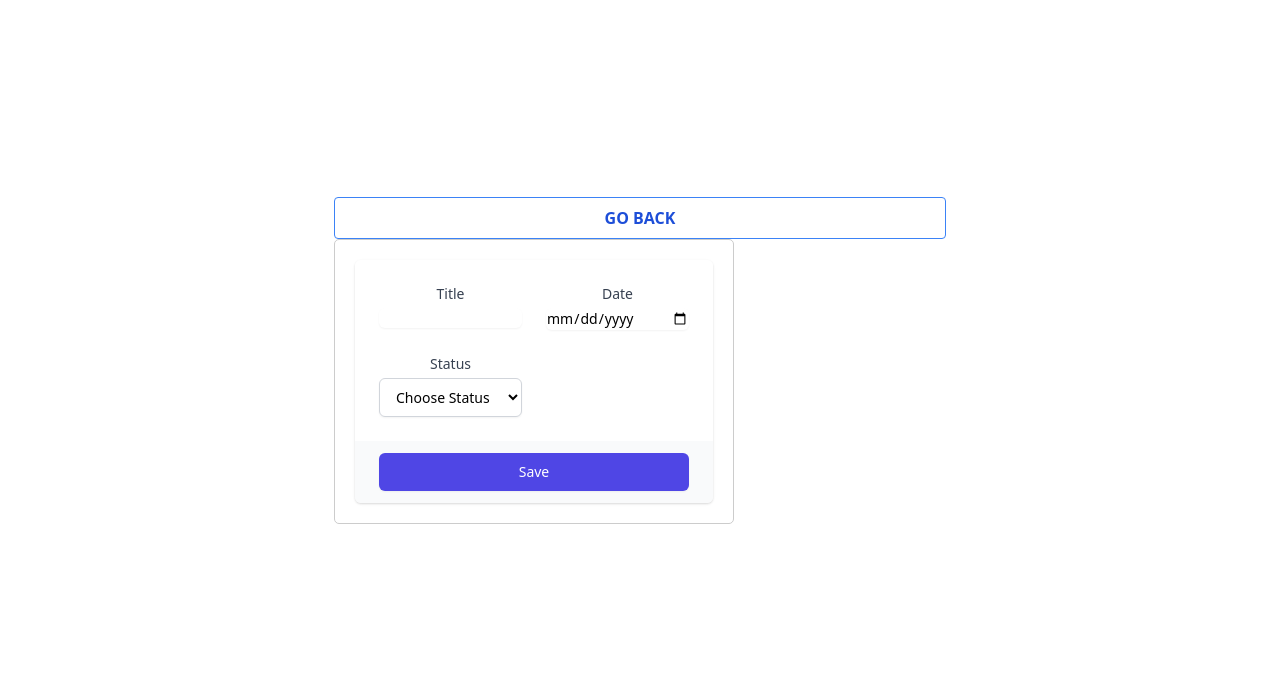
Repository: maikeru-desu/parking-lot
Page: /add (app in parking-lot-fe/)
The author's editor kept a copy of each file at every save. The page is drawn from the files as they stood at one save, then again after a run of saves.
The browser window is 1280 px wide. The pictures show the whole page.
The project was rebuilt for these pictures with package versions that can differ from the ones it lists, and the page was loaded fresh each time. Also part of the build but not shown: parking-lot-fe/craco.config.js, parking-lot-fe/src/pages/Home.js, parking-lot-fe/src/pages/Edit.js.

Above is the page before, as saved 2021-10-14 06:55:08.

### parking-lot-fe/src/index.js
import React from 'react';
import ReactDOM from 'react-dom';
import './index.css';
import App from './App';
import {Provider} from "react-redux";
import {BrowserRouter} from "react-router-dom";
import reportWebVitals from './reportWebVitals';
import store from './redux/store';

ReactDOM.render(
    <React.StrictMode>
        <BrowserRouter>
            <Provider store={store}>
                <App />
            </Provider>
        </BrowserRouter>
    </React.StrictMode>,
    document.getElementById('root')
);

// If you want to start measuring performance in your app, pass a function
// to log results (for example: reportWebVitals(console.log))
// or send to an analytics endpoint. Learn more: https://bit.ly/CRA-vitals
reportWebVitals();

### parking-lot-fe/src/App.js
import logo from './logo.svg';
import './App.css';
import {Switch, Route} from "react-router-dom";
import Home from './pages/Home';
import Add from './pages/Add';
import Edit from './pages/Edit';

function App() {
  return (
    <div className="App">
        <Switch>
            <Route exact path="/" component={Home} />
            <Route exact path="/add" component={Add} />
            <Route exact path="/edit/:id" component={Edit} />
        </Switch>
    </div>
  );
}

export default App;

### parking-lot-fe/src/redux/store.js
import {createStore, applyMiddleware} from "redux";
import logger from "redux-logger";
import reduxThunk from "redux-thunk";
import rootReducer from "./root-reducer";

const middlewares = [reduxThunk];

if (process.env.NODE_ENV === "development") {
    middlewares.push(logger)
}

const store = createStore(rootReducer, applyMiddleware(...middlewares));

export default store;

### parking-lot-fe/src/pages/Add.js
import React, {useState} from 'react'
import { useHistory } from 'react-router-dom';
import { useDispatch } from 'react-redux';
import { addEvent } from '../redux/actions';
import '../form.css';

const Add = () => {
    const [state, setState] = useState({
        title: "",
        date: "",
        status: ""
    });

    const [error, setError] = useState("");

    let history = useHistory();
    let dispatch = useDispatch();
    const {title, date, status} = state;

    const handleChange = (e) => {
        let {name, value} = e.target;
        console.log(value);
        setState({...state, [name]: value});
    }

    const handleSubmit = (e) => {
        e.preventDefault();
        console.log(state);
        if (!title || !date || !status) {
            setError("All fields are required");
        } else {
            dispatch(addEvent(state));
            history.push('/');
            setError("");
        }
    }
    return (
        <div>
            <button onClick={ () => history.push("/") } className="bg-transparent hover:bg-blue-500 text-blue-700 font-semibold hover:text-white py-2 px-4 border border-blue-500 hover:border-transparent rounded">
                GO BACK
            </button>
            {error && <h3 className="text-red-700">{error}</h3>}
            <div className="mt-10 sm:mt-0">
                <div className="md:grid md:grid-cols-3 md:gap-6">
                    <div className="mt-5 md:mt-0 md:col-span-2">
                        <form method="POST" onSubmit={handleSubmit}>
                            <div className="shadow overflow-hidden sm:rounded-md">
                                <div className="px-4 py-5 bg-white sm:p-6">
                                    <div className="grid grid-cols-6 gap-6">
                                        <div className="col-span-6 sm:col-span-3">
                                            <label htmlFor="first-name" className="block text-sm font-medium text-gray-700">
                                                Title
                                            </label>
                                            <input
                                                name="title"
                                                id="title"
                                                value={title}
                                                type={title}
                                                onChange={handleChange}
                                                className="mt-1 focus:ring-indigo-500 focus:border-indigo-500 block w-full shadow-sm sm:text-sm border-gray-300 rounded-md"
                                            />
                                        </div>
                                        <div className="col-span-6 sm:col-span-3">
                                            <label htmlFor="last-name" className="block text-sm font-medium text-gray-700">
                                                Date
                                            </label>
                                            <input
                                                type="date"
                                                name="date"
                                                id="date"
                                                value={date}
                                                onChange={handleChange}
                                                className="mt-1 focus:ring-indigo-500 focus:border-indigo-500 block w-full shadow-sm sm:text-sm border-gray-300 rounded-md"
                                            />
                                        </div>
                                        <div className="col-span-6 sm:col-span-3">
                                            <label htmlFor="country" className="block text-sm font-medium text-gray-700">
                                                Status
                                            </label>
                                            <select
                                                id="status"
                                                name="status"
                                                value={status}
                                                onChange={handleChange}
                                                className="mt-1 block w-full py-2 px-3 border border-gray-300 bg-white rounded-md shadow-sm focus:outline-none focus:ring-indigo-500 focus:border-indigo-500 sm:text-sm"
                                            >
                                                <option>Choose Status</option>
                                                <option value="0">Pending</option>
                                                <option value="2">Ongoing</option>
                                                <option value="1">Done</option>
                                            </select>
                                        </div>
                                    </div>
                                </div>
                                <div className="px-4 py-3 bg-gray-50 text-right sm:px-6">
                                    <button
                                        type="submit"
                                        className="inline-flex justify-center py-2 px-4 border border-transparent shadow-sm text-sm font-medium rounded-md text-white bg-indigo-600 hover:bg-indigo-700 focus:outline-none focus:ring-2 focus:ring-offset-2 focus:ring-indigo-500"
                                    >
                                        Save
                                    </button>
                                </div>
                            </div>
                        </form>
                    </div>
                </div>
            </div>
        </div>
    )
}

export default Add

### parking-lot-fe/src/redux/root-reducer.js
import {combineReducers} from "redux";
import eventsReducers from "./reducer";

const rootReducer = combineReducers({
    events: eventsReducers
});

export default rootReducer;

### parking-lot-fe/src/redux/actions.js
import * as types from "./actionType";
import axios from "axios";

const getEvents = (events) => ({
    type: types.GET_EVENTS,
    payload: events
});

const eventDeleted = () => ({
    type: types.DELETE_EVENT
});

const eventAdded = () => ({
    type: types.ADD_EVENT
});

const eventFetched = (event) => ({
    type: types.GET_EVENT,
    payload: event,
});

const eventUpdated = () => ({
    type: types.UPDATE_EVENT
});

export const loadEvents = () => {
    return function (dispatch) {
        axios.get(`${process.env.REACT_APP_API}`).then((resp) => {
            // console.log("resp", resp);
            dispatch(getEvents(resp.data));
        })
        .catch((error) => console.log(error));
    };
};

export const deleteEvent = (id) => {
    return function (dispatch) {
        axios.delete(`${process.env.REACT_APP_API}/${id}`).then((resp) => {
            console.log("resp", resp);
            dispatch(eventDeleted());
            dispatch(loadEvents());
        })
        .catch((error) => console.log(error));
    };
};

export const addEvent = (user) => {
    return function (dispatch) {
        axios.post(`${process.env.REACT_APP_API}`, user).then((resp) => {
            console.log("resp", resp);
            dispatch(eventAdded());
            dispatch(loadEvents());
        })
        .catch((error) => console.log(error));
    };
};

export const getEvent = (id) => {
    return function (dispatch) {
        axios.get(`${process.env.REACT_APP_API}/${id}`).then((resp) => {
            console.log("resp", resp);
            dispatch(eventFetched(resp.data));
        })
        .catch((error) => console.log(error));
    };
};

export const updateEvent = (user, id) => {
    return function (dispatch) {
        axios.put(`${process.env.REACT_APP_API}/${id}`, user).then((resp) => {
            console.log("resp", resp);
            dispatch(eventUpdated());
        })
            .catch((error) => console.log(error));
    };
};

### parking-lot-fe/src/form.css
html, body {
  height: 100%
}

body {
  display: flex;
  justify-content: center;
  align-items: center;
}

form {
  padding: 20px;
  border: 1px solid #ccc;
  border-radius: 5px;
  width: 400px;
}

button {
  width: 100%
}

### parking-lot-fe/src/redux/reducer.js
import * as types from "./actionType";

const initialState = {
    events: [],
    event: {},
    loading: true
}

const eventsReducers = (state = initialState, action) => {
    switch (action.type) {
        case types.GET_EVENTS:
            return {
                ...state,
                events: action.payload,
                loading: false,
            };
        case types.DELETE_EVENT:
        case types.ADD_EVENT:
        case types.UPDATE_EVENT:
            return {
                ...state,
                loading: false,
            }
        case types.GET_EVENT:
            return {
                ...state,
                event: action.payload,
                loading: false,
            };
        default:
            return state;
    }
}

export default eventsReducers;

### parking-lot-fe/src/redux/actionType.js
export const GET_EVENTS = "GET_EVENTS";
export const DELETE_EVENT = "DELETE_EVENT";
export const ADD_EVENT = "ADD_EVENT";
export const GET_EVENT = "GET_EVENT";
export const UPDATE_EVENT = "UPDATE_EVENT";

Loaded but not shown: parking-lot-fe/src/index.css (common file); parking-lot-fe/src/reportWebVitals.js (common file); parking-lot-fe/src/App.css (common file); parking-lot-fe/tailwind.config.js (common file)

After the next 2 saves:
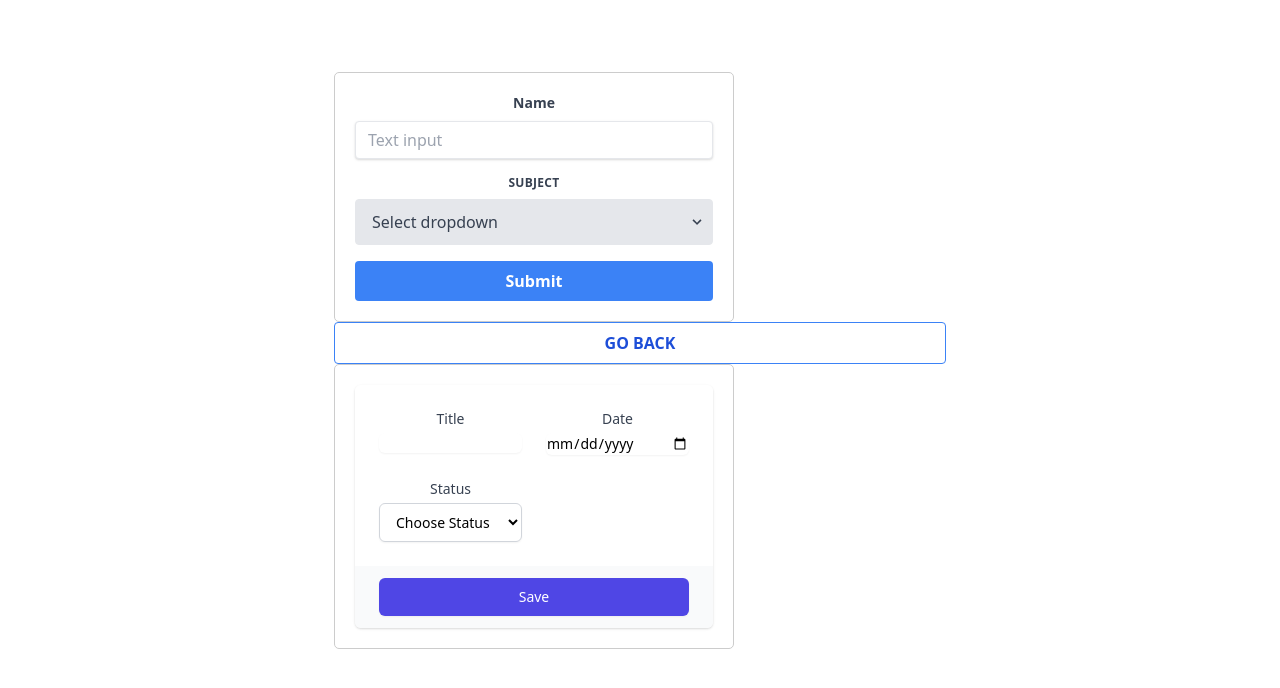
The 2 saves are shown as one change because 1 did not build or start.
The last was saved 108 s later.
--- a/parking-lot-fe/src/pages/Add.js
+++ b/parking-lot-fe/src/pages/Add.js
@@ -36,6 +36,41 @@ const Add = () => {
     }
     return (
         <div>
+            <form action="">
+                <div className="mb-4">
+                    <label className="block text-gray-700 text-sm font-bold mb-2" for="name">
+                        Name
+                    </label>
+                    <input
+                        className="shadow appearance-none border rounded w-full py-2 px-3 text-gray-700 leading-tight focus:outline-none focus:shadow-outline"
+                        id="name" type="text" placeholder="Text input" />
+                </div>
+                <div className="mb-4">
+                    <label className="block uppercase tracking-wide text-gray-700 text-xs font-bold mb-2" for="grid-state">
+                        Subject
+                    </label>
+                    <div className="relative">
+                        <select
+                            className="block appearance-none w-full bg-gray-200 border border-gray-200 text-gray-700 py-3 px-4 pr-8 rounded leading-tight focus:outline-none focus:bg-white focus:border-gray-500">
+                            <option>Select dropdown</option>
+                            <option>With options</option>
+                        </select>
+                        <div className="pointer-events-none absolute inset-y-0 right-0 flex items-center px-2 text-gray-700">
+                            <svg className="fill-current h-4 w-4" xmlns="http://www.w3.org/2000/svg" viewBox="0 0 20 20">
+                                <path d="M9.293 12.95l.707.707L15.657 8l-1.414-1.414L10 10.828 5.757 6.586 4.343 8z" />
+                            </svg>
+                        </div>
+                    </div>
+                </div>
+                <div className="flex items-center justify-between">
+                    <button
+                        className="bg-blue-500 hover:bg-blue-700 text-white font-bold py-2 px-4 rounded focus:outline-none focus:shadow-outline"
+                        type="button">
+                        Submit
+                    </button>
+                </div>
+            </form>
+
             <button onClick={ () => history.push("/") } className="bg-transparent hover:bg-blue-500 text-blue-700 font-semibold hover:text-white py-2 px-4 border border-blue-500 hover:border-transparent rounded">
                 GO BACK
             </button>
